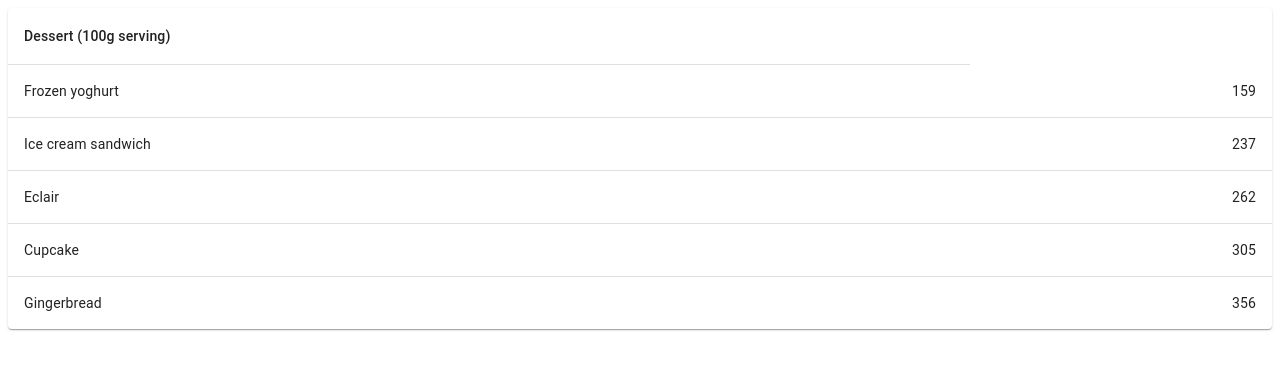
Repository: sagarjain738/test
Page: /
The author's editor kept a copy of each file at every save. The page is drawn from the files as they stood at one save, then again after the next save.
The browser window is 1280 px wide. The pictures show the whole page.
The project was rebuilt for these pictures with package versions that can differ from the ones it lists, and the page was loaded fresh each time. Also part of the build but not shown: vite.config.js, src/App.css, src/components/FirstChart.jsx, src/components/SecondData.jsx, src/components/PieChart.jsx, src/index.css.

Above is the page before, as saved 2024-01-20 23:02:39.

After the next save:
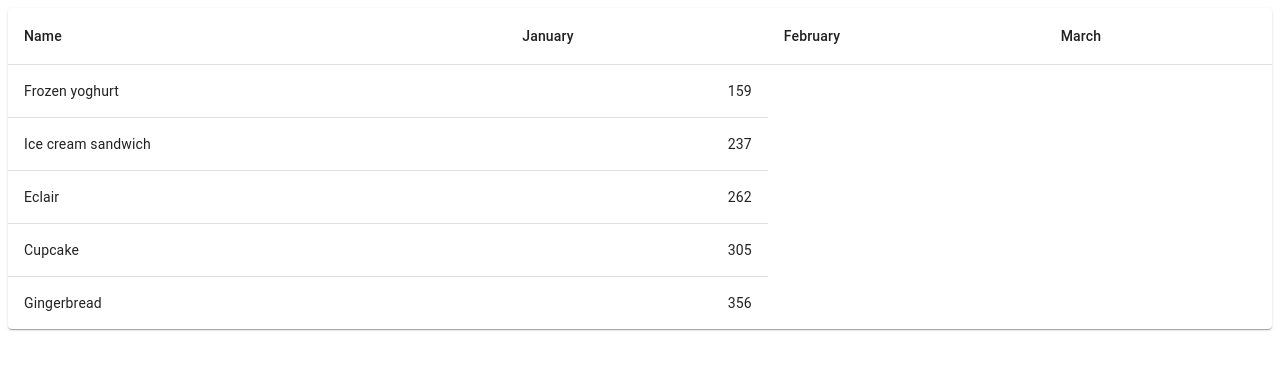
Saved 2 min 21 s later.
--- a/src/components/Table.jsx
+++ b/src/components/Table.jsx
@@ -26,7 +26,10 @@ export default function BasicTable() {
       <Table sx={{ minWidth: 650 }} aria-label="simple table">
         <TableHead>
           <TableRow>
-            <TableCell>Dessert (100g serving)</TableCell>
+            <TableCell>Name</TableCell>
+            <TableCell>January</TableCell>
+            <TableCell>February</TableCell>
+            <TableCell>March</TableCell>
           </TableRow>
         </TableHead>
         <TableBody>
